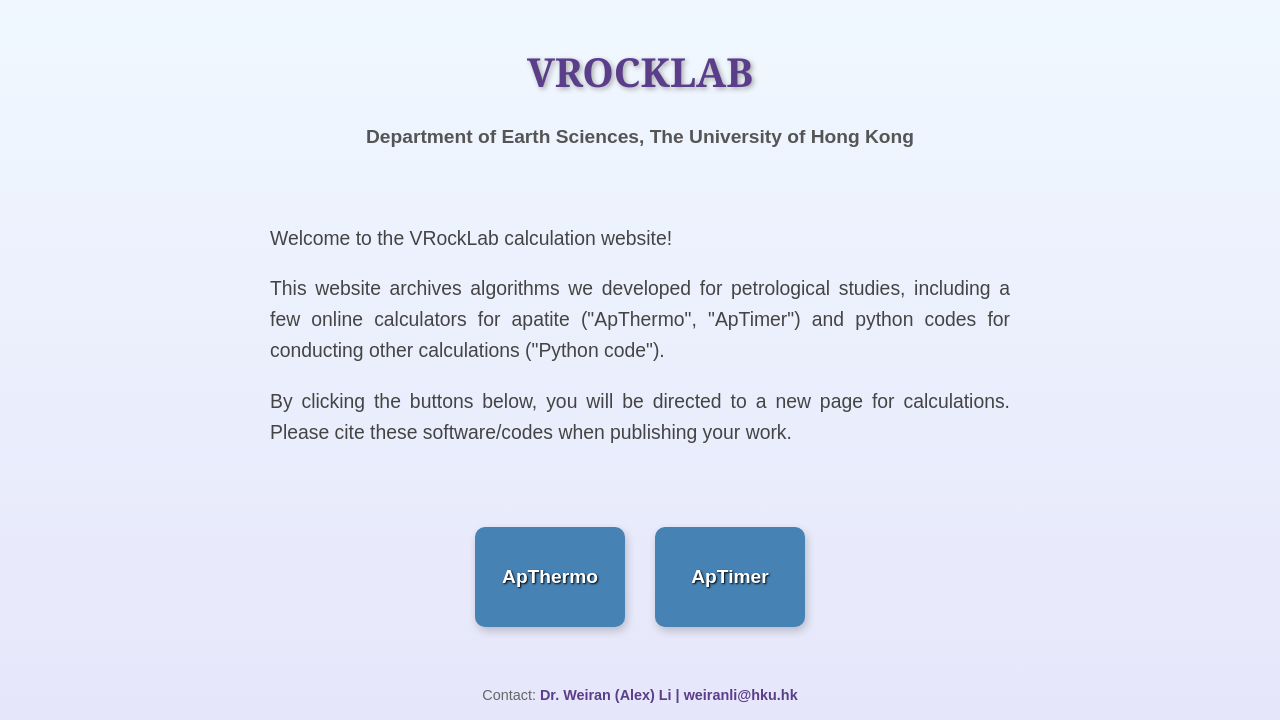
Repository: Abyss2019/home_page
Page: index.html
These files come from the project's save history. The page is drawn as it stood at one moment and after the next save; the edit follows.
The browser window is 1280 px wide. The pictures show the whole page.

Above is the page before, as saved 2025-04-06 10:25:25.

### index.html
<!DOCTYPE html>
<html lang="en">
<head>
    <meta charset="UTF-8">
    <meta name="viewport" content="width=device-width, initial-scale=1.0">
    <title>VROCKLAB</title>
    <style>
        body {
            font-family: Arial, sans-serif;
            margin: 0;
            padding: 0;
            /* background-image: url('./bg.webp'); */
            background: linear-gradient(to bottom, #f0f8ff, #e6e6fa);
            color: #333;
            display: flex;
            flex-direction: column;
            align-items: center;
            justify-content: center;
            height: 100vh;
        }

        header {
            text-align: center;
            /* margin-bottom: 30px; */
        }

        header h1 {
            font-size: 2.5em;
            font-family: 'Georgia', serif;
            text-shadow: 2px 2px 5px #aaa;
            color: #5a3e8a;
        }

        header h2 {
            font-size: 1.2em;
            margin-top: 5px;
            color: #555;
        }

        .intro {
        font-size: 1.1em;
        line-height: 1.6;
        text-align: justify;
        color: #444;
        /* background-color: #f2f6ff; */
        padding: 20px 30px;
        border-radius: 12px;
        /* box-shadow: 0 2px 5px rgba(0, 0, 0, 0.1); */
        max-width: 800px;
        }


        .buttons-container {
            display: flex;
            gap: 30px;
            margin: 20px 0;
        }

        .button {
            display: flex;
            align-items: center;
            justify-content: center;
            width: 150px;
            height: 100px;
            background-color: #4682b4;
            border-radius: 10px;
            box-shadow: 2px 4px 8px rgba(0, 0, 0, 0.2);
            color: #fff;
            font-size: 1.2em;
            font-weight: bold;
            text-decoration: none;
            text-shadow: 1px 1px 2px #000;

        }
        .button:hover{
          transform: scale(1.05);
        }

        footer {
            margin-top: 40px;
            font-size: 0.9em;
            color: #666;
            text-align: center;
        }

        footer a {
            color: #5a3e8a;
            text-decoration: none;
            font-weight: bold;
        }

        footer a:hover {
            text-decoration: underline;
        }
    </style>
</head>
<body>
    <header>
        <h1>VROCKLAB</h1>
        <h2>Department of Earth Sciences, The University of Hong Kong</h2>
    </header>

    <div class="intro">
        <div class="intro indent">
        <p>Welcome to the VRockLab calculation website!</p>
        <p>This website archives algorithms we developed for petrological studies, including a few online calculators for apatite ("ApThermo", "ApTimer") and python codes for conducting other calculations ("Python code").</p>
        <p>By clicking the buttons below, you will be directed to a new page for calculations. Please cite these software/codes when publishing your work.</p>
        </div>
    </div>

    <div class="buttons-container">
        <a href="https://vrocklab.hku.hk/ApThermo/" target="_blank" class="button">ApThermo</a>
        <a href="https://vrocklab.hku.hk/ApTimer/" target="_blank" class="button">ApTimer</a>
    </div>

    <footer>
        Contact: <a href="mailto:weiranli@hku.hk">Dr. Weiran (Alex) Li | weiranli@hku.hk</a>
    </footer>
</body>
</html>

After the next save:
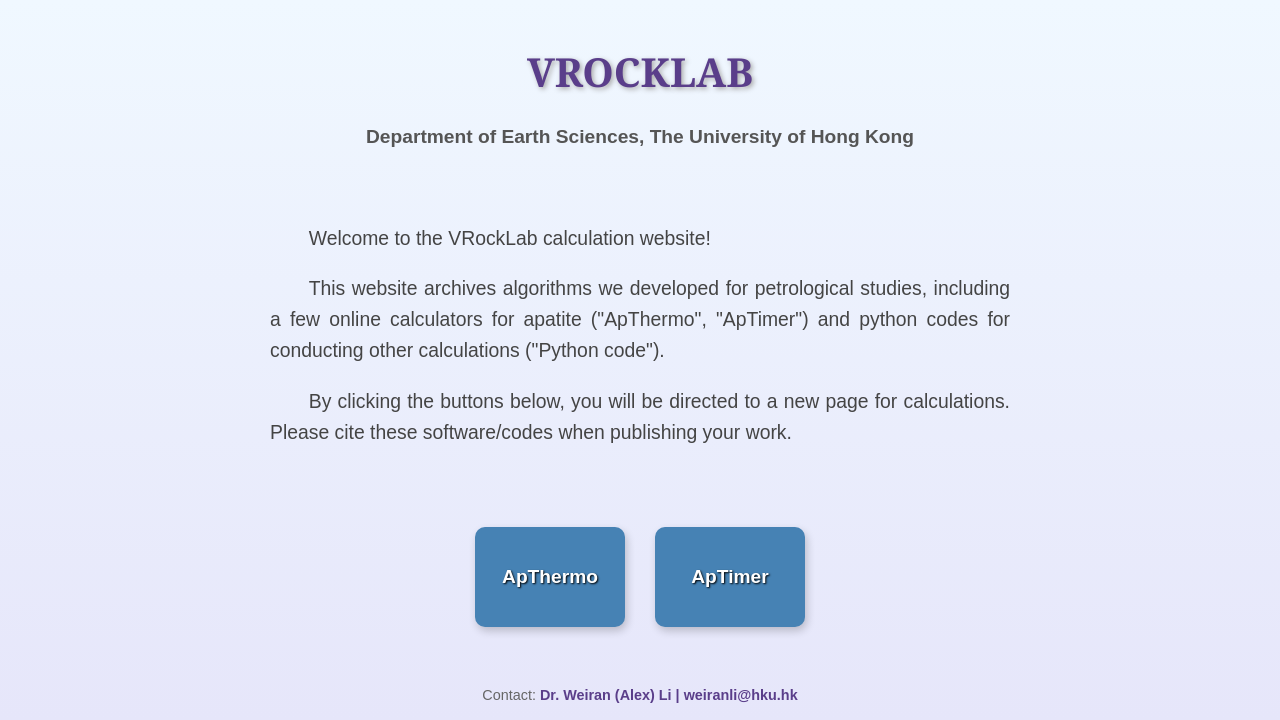
Saved 58 s later.
--- a/index.html
+++ b/index.html
@@ -47,6 +47,11 @@
         border-radius: 12px;
         /* box-shadow: 0 2px 5px rgba(0, 0, 0, 0.1); */
         max-width: 800px;
+        }
+
+        .indent p {
+        text-indent: 2em;
+        margin-bottom: 1em;
         }
 
 

After the save that followed:
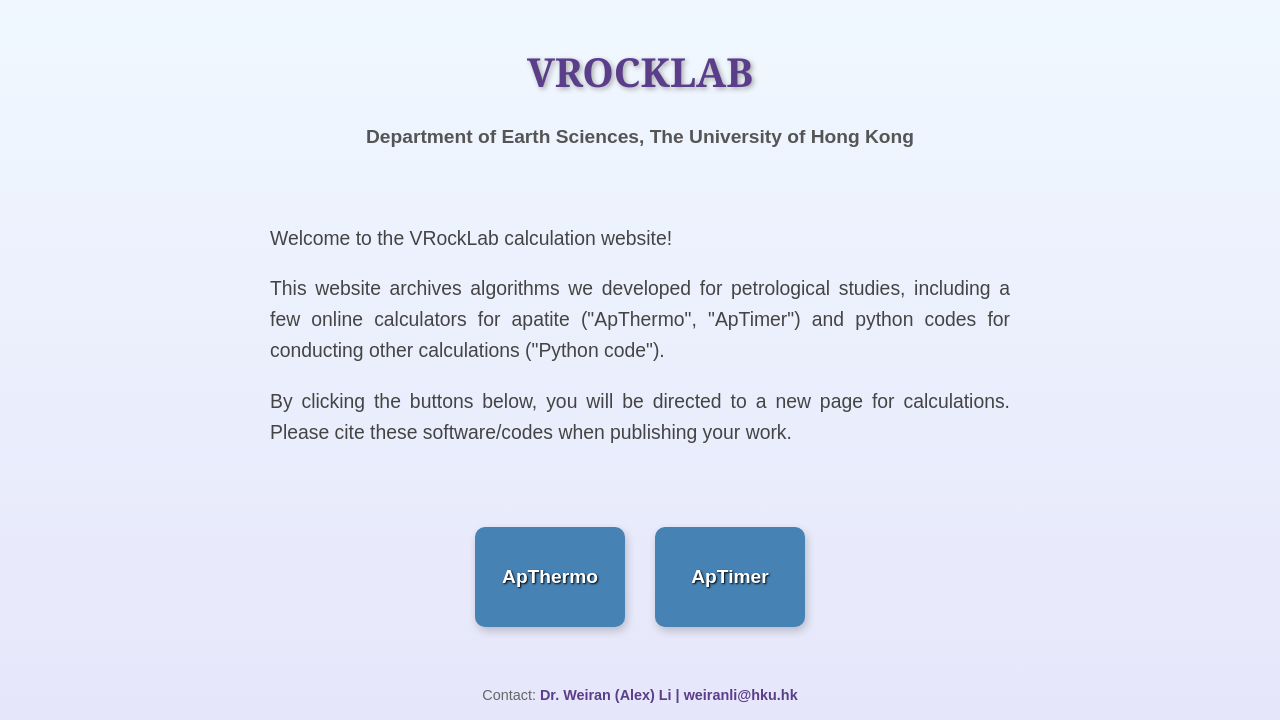
Saved 55 s later.
--- a/index.html
+++ b/index.html
@@ -49,10 +49,10 @@
         max-width: 800px;
         }
 
-        .indent p {
+        /* .indent p {
         text-indent: 2em;
         margin-bottom: 1em;
-        }
+        } */
 
 
         .buttons-container {
